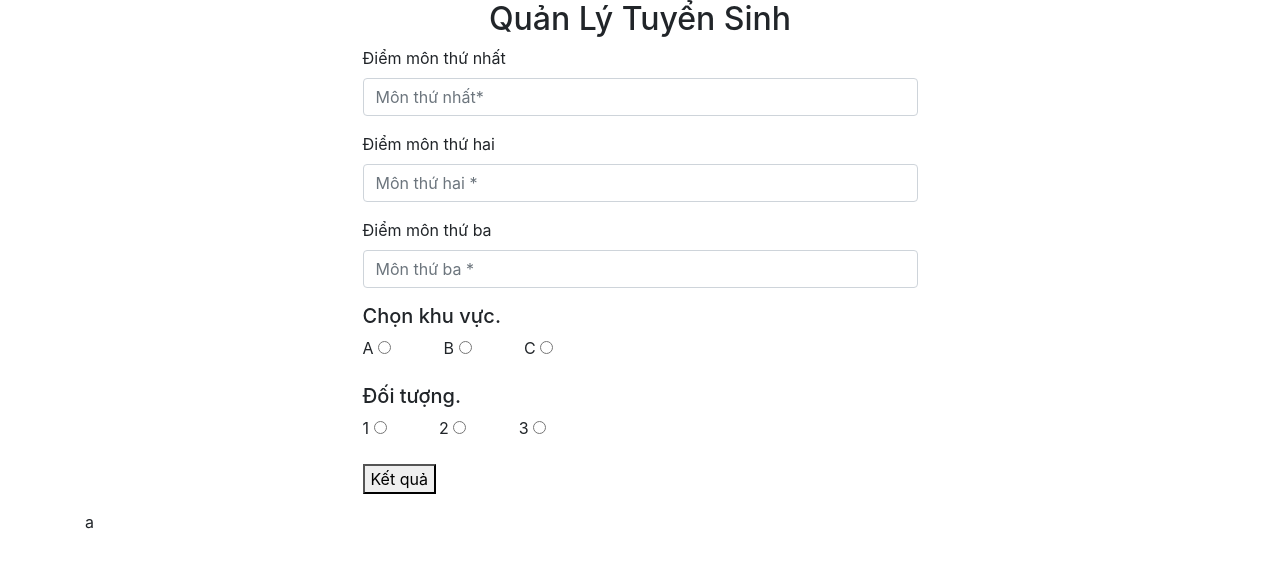
Repository: dovanthao2404/BC14_BaiTap_JS_Buoi_5_dovanthao
Page: html/bai1.html
The author's editor kept a copy of each file at every save. The page is drawn from the files as they stood at one save, then again after the next save.
The browser window is 1280 px wide. The pictures show the whole page.

Above is the page before, as saved 2021-07-03 17:20:19.

After the next save:
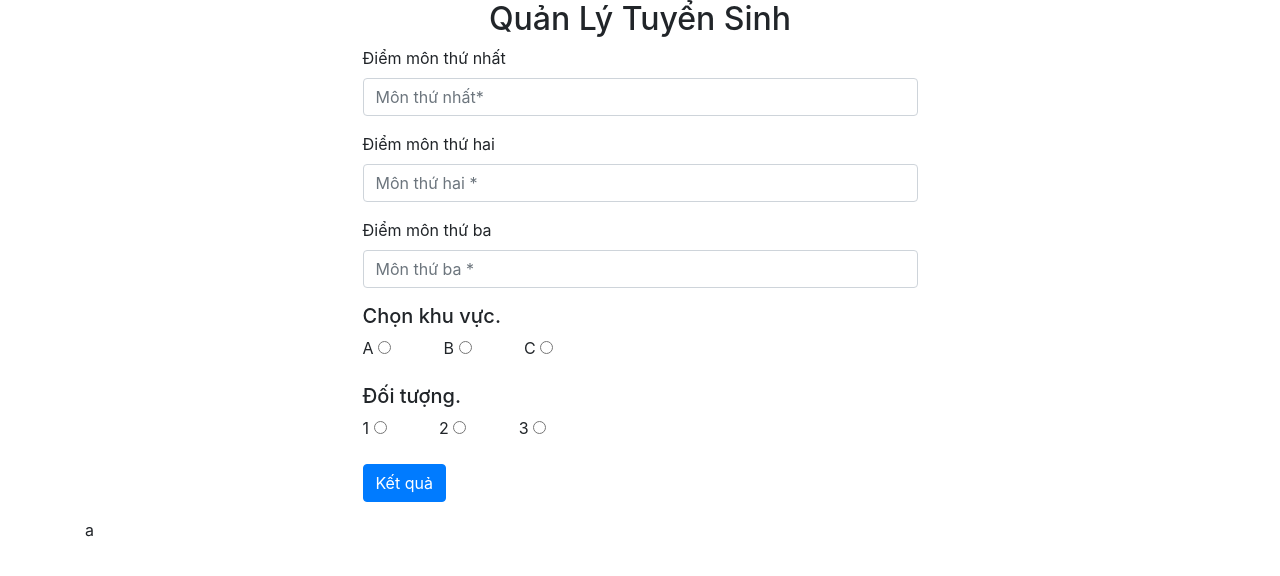
Saved 9 s later.
--- a/html/bai1.html
+++ b/html/bai1.html
@@ -54,7 +54,7 @@
           <input id="object-3" name="object" class="mr-5" type="radio">
           <p></p>
         </div>
-        <button id="result" type="button" clas="btn btn-primary">Kết quả</button>
+        <button id="result" type="button" class="btn btn-primary">Kết quả</button>
       </form>
     </div>
     <div class="mt-3">
